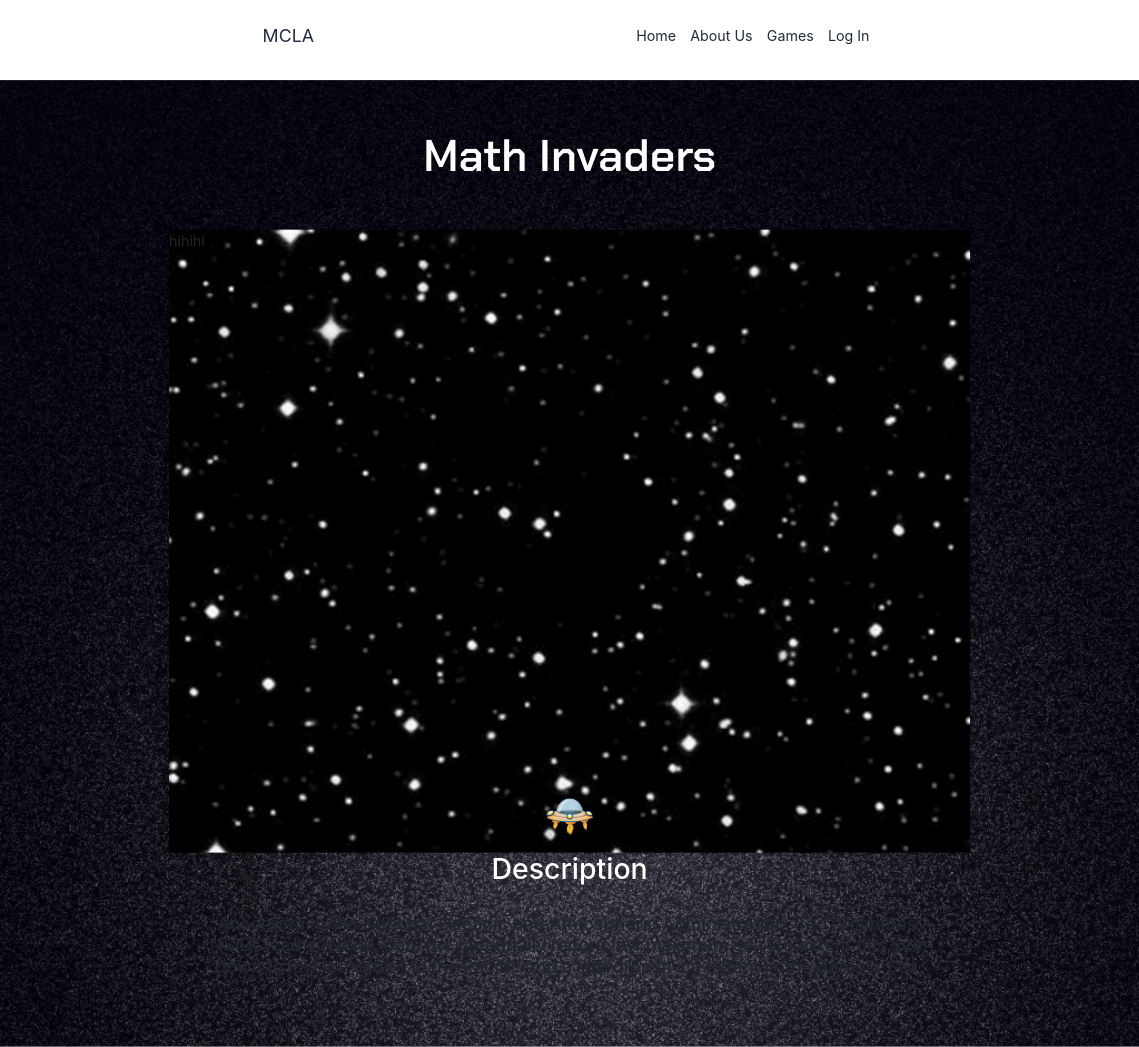
Repository: kkyler24/MathInvader
Page: index.html
An editor plug-in stored every save of this project. The page is shown before and after the next save, followed by the edit.
The browser window is 1280 px wide. The pictures show the whole page, at 89% of full size.
Some web libraries are served in a nearby version.

Above is the page before, as saved 2020-07-20 16:18:31.

After the next save:
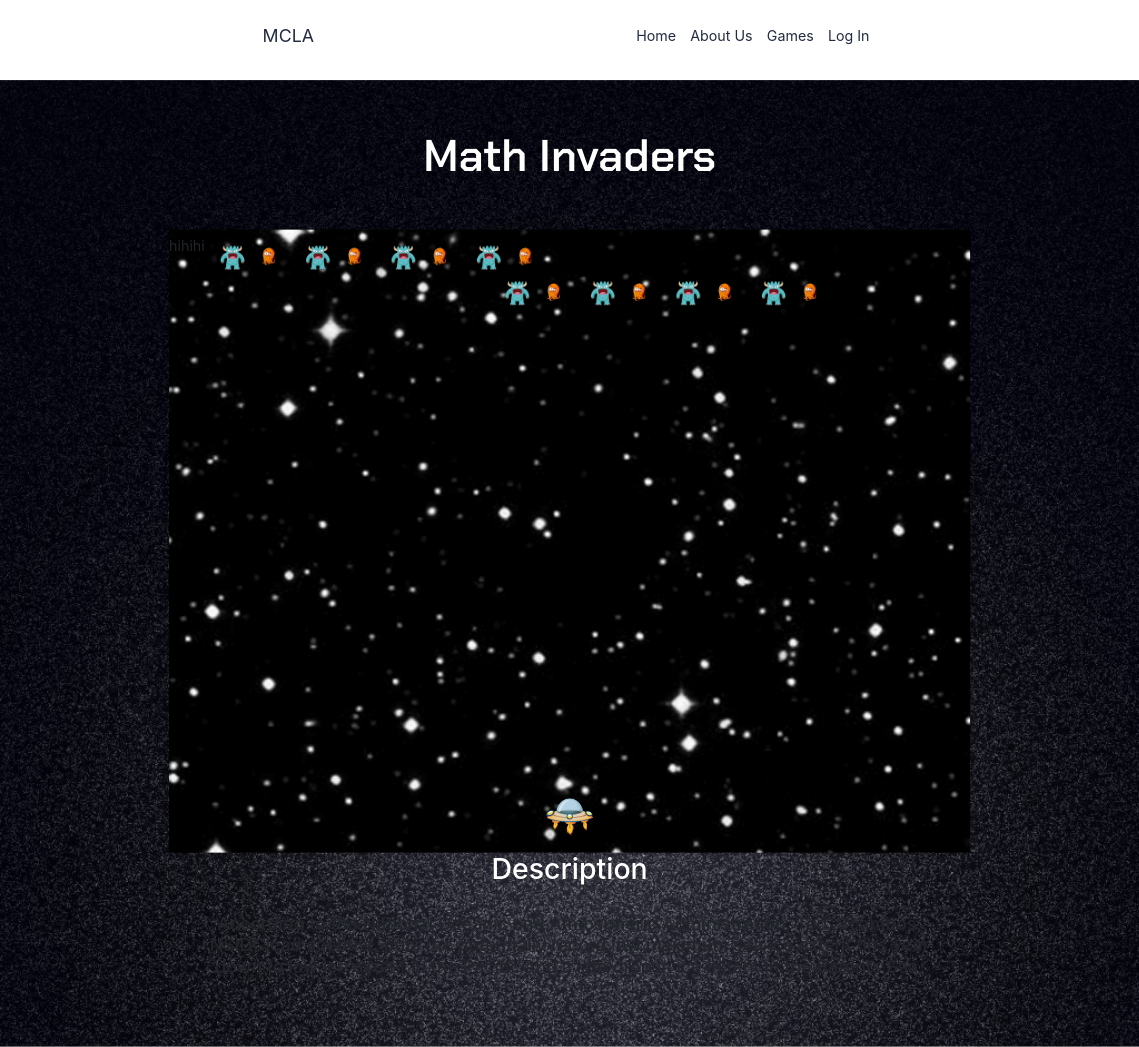
Saved 103 min 15 s later.
--- a/jsFolder/game.js
+++ b/jsFolder/game.js
@@ -286,16 +286,16 @@ function init() {
   const $container = document.querySelector(".Game");
   createPlayer($container);
 
-  // const enemySpacing =
-  //   (GAME_WIDTH - ENEMY_HORIZONTAL_PADDING * 5) / ENEMIES_PER_ROW - 1;
-  // for (let j = 0; j < 2; j++) {
-  //   const y = ENEMY_VERTICAL_PADDING + j * ENEMY_VERTICAL_SPACING;
-  //   for (let i = 0; i < ENEMIES_PER_ROW; i++) {
-  //     const x = i * enemySpacing + ENEMY_HORIZONTAL_PADDING;
-  //     createEnemy($container, x, y);
-  //     console.log(x, y);
-  //   }
-  // }
+  const enemySpacing =
+    (GAME_WIDTH - ENEMY_HORIZONTAL_PADDING * 5) / ENEMIES_PER_ROW - 1;
+  for (let j = 0; j < 2; j++) {
+    const y = ENEMY_VERTICAL_PADDING + j * ENEMY_VERTICAL_SPACING;
+    for (let i = 0; i < ENEMIES_PER_ROW; i++) {
+      const x = i * enemySpacing + ENEMY_HORIZONTAL_PADDING;
+      createEnemy($container, x, y);
+      console.log(x, y);
+    }
+  }
 }
 
 function update(e) {
